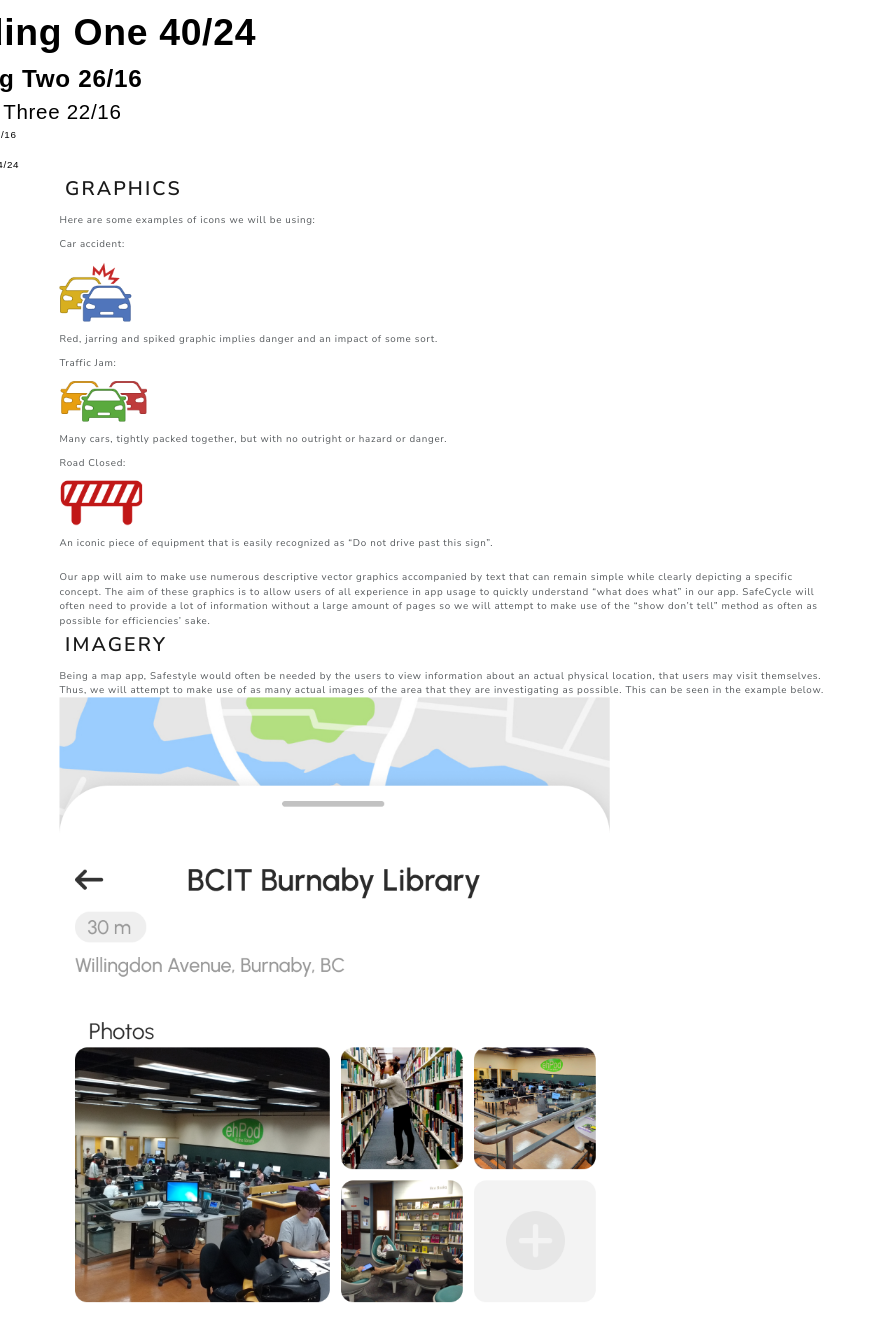
Repository: Aladdin3r/safecycle-styleguide
Page: /
These files come from the project's save history. The page is drawn as it stood at one moment and after the next save; the edit follows.
The browser window is 1280 px wide. The pictures show the part of the page from y = 2716 to 4636 px (the page is 5546 px tall before and 5514 px after), at 70% of full size.
The project was rebuilt for these pictures with package versions that can differ from the ones it lists, and the page was loaded fresh each time. The framework's server and built-in components were replaced by stand-ins that run in the browser. Also part of the build but not shown: next.config.mjs.

Above is the page before, as saved 2024-04-09 22:26:35.

### pages/_app.js
import "@/styles/globals.css";
import "@/styles/bootstrap.min.css";
import { useEffect } from "react";


export default function App({ Component, pageProps }) {

  useEffect(() => {
    require("bootstrap/dist/js/bootstrap.bundle.min.js");
  }, []);
  return <Component {...pageProps} />;
}

### pages/index.js
import Head from "next/head";
import styles from "@/styles/Home.module.css"

export default function Home() {

  return (
    <>
      <Head>
        <title>SafeCycle Styleguide</title>
        <meta name="description"
        content=
        "Created by Rawan Aladdin, Nea Pieroelie, Andrew Turitsa."
       />
        <meta name="viewport" content="width=device-width, initial-scale=1" />
        <link rel="icon" href="/favicon1.svg" />
      </Head>
      <nav class="navbar navbar-expand-lg bg-light sticky-top" data-bs-theme="light">
        <div class="container-fluid">
          <a class="navbar-brand" href="#">SafeCycle</a>
          <button class="navbar-toggler" type="button" data-bs-toggle="collapse" data-bs-target="#navbarColor03" aria-controls="navbarColor03" aria-expanded="false" aria-label="Toggle navigation">
            <span class="navbar-toggler-icon"></span>
          </button>
          <div class="collapse navbar-collapse" id="navbarColor03">
            <ul class="navbar-nav me-auto">
              <li class="nav-item">
                <a class="nav-link active" href="#">Home</a>
              </li>
              <li class="nav-item">
                <a class="nav-link" href="#logo">Logo</a>
              </li>
              <li class="nav-item">
                <a class="nav-link" href="#colours">Colours</a>
              </li>
              <li class="nav-item">
                <a class="nav-link" href="#types">Typography, Imagery, Graphics</a>
              </li>
              <li class="nav-item">
                <a class="nav-link" href="#refs">References</a>
              </li>
            </ul>
          </div>
        </div>
      </nav>
      <main>
      <div class="jumbotron">
        <h1 class="display-3 mt-5 pt-5">SafeCycle</h1>
        <p class="display-4 pb-5">Styleguide</p>
        <hr class="my-5"/>
        <p class="mb-5">Rawan Aladdin, Nea Pieroelie, Andrew Turitsa</p>
        <p class="lead mb-5">
          <a class="btn btn-primary btn-lg my-5" href="#logo" role="button">Start the guide</a>
        </p>
      </div>
      <div id="logo" class="p-4">
        <h2 class="p-2 mt-3">Logo Design</h2>
        <p class="p-3">
          Logo font choice: DIN condensed bold
          colours: #F0983F orange #911C12 red #AD5C0A pale orange
        </p>
        <div class="container">
          <div class="card-group">
              <div class="row">
                <div className="col-sm-4">
                  <div class="bg-primary card text-white mb-3" className={styles.card}>
                    <div class="card-body">
                      <h4 class="card-title">Full-colour logo</h4>
                      <img class="card-img-top" src="/fullcolourlogo.svg" alt="full-colour logo"></img>
                      <p class="card-text">Some quick example text to build on the card title and make up the bulk of the card's content. blah blah blah</p>
                    </div>
                  </div>
                </div>

                <div className="col-sm-4">
                  <div class="bg-primary card text-white mb-3" className={styles.card}>
                  <div class="card-body">
                    <h4 class="card-title">Black and white Logo</h4>
                    <img class="card-img-top" src="/blackandwhitelogo.svg" alt="black and white logo"></img>
                    <p class="card-text">Some quick example text to build on the card title and make up the bulk of the card's content.</p>
                  </div>
                  </div>
                </div>

                <div className="col-sm-4">
                  <div class="bg-primary card text-white mb-3" className={styles.card}>
                  <div class="card-body">
                    <h4 class="card-title">Greyscale Logo</h4>
                    <img class="card-img-top" src="/greyscalelogo.svg" alt="greyscale logo"></img>
                    <p class="card-text">Some quick example text to build on the card title and make up the bulk of the card's content.</p>
                  </div>
                  </div>
                </div>

              </div>

              <div class="row">
                <div className="col-sm-4">
                  <div class="bg-primary card text-white mb-3" className={styles.card}>
                    <div class="card-body">
                      <h4 class="card-title">Monochromatic logo</h4>
                      <img class="card-img-top" src="/monochromatic.svg" alt="Monochromatic logo"></img>
                      <p class="card-text">Some quick example text to build on the card title and make up the bulk of the card's content. blah blah blah</p>
                    </div>
                  </div>
                </div>

                <div className="col-sm-4">
                  <div class="bg-primary card text-white mb-3" className={styles.card}>
                  <div class="card-body">
                    <h4 class="card-title">Horizontal version of full-colour Logo</h4>
                    <img class="card-img-top" src="/horizontalfullcolour.svg" alt="horizontal full colour logo"></img>
                    <p class="card-text">Some quick example text to build on the card title and make up the bulk of the card's content.</p>
                  </div>
                  </div>

              </div>

              <div className="col-sm-4">
                <div class="bg-primary card  text-white mb-3" className={styles.card}>
                <div class="card-body">
                  <h4 class="card-title">Stacked/vertical version of full-colour Logo</h4>
                  <img class="card-img-top" src="/verticalfullcolour.svg" alt="stacked/vertical colour logo"></img>
                  <p class="card-text">Some quick example text to build on the card title and make up the bulk of the card's content.</p>
                </div>
                </div>
              </div>
            </div>
            <div class="row">
                <div className="col-sm-4">
                  <div class="bg-primary card text-white mb-3" className={styles.card}>
                    <div class="card-body z-3">
                      <h4 class="card-title">16x16px Favicon</h4>
                      <img class="card-img-top" src="/favicon1.svg" alt="xs favicon"></img>
                      <p class="card-text">Some quick example text to build on the card title and make up the bulk of the card's content. blah blah blah</p>
                    </div>
                  </div>
                </div>

                <div className="col-sm-4">
                  <div class="bg-primary card  text-white mb-3" className={styles.card}>
                  <div class="card-body">
                    <h4 class="card-title">32x32px Favicon</h4>
                    <img class="card-img-top" src="/favicon2.svg" alt="small favicon"></img>
                    <p class="card-text">Some quick example text to build on the card title and make up the bulk of the card's content.</p>
                  </div>
                  </div>

              </div>

              <div className="col-sm-4">
                <div class="bg-primary card text-white mb-3" className={styles.card}>
                <div class="card-body">
                  <h4 class="card-title">48x48px Favicon</h4>
                  <img class="card-img-top" src="/favicon3.svg" alt="normal favicon"></img>
                  <p class="card-text">Some quick example text to build on the card title and make up the bulk of the card's content.</p>
                </div>
                </div>
              </div>
            </div>
          </div>
        </div>
      </div>
      <div id="colours" class="p-4">
        <h2 class="p-2">Colour Palette, Colour Accessibility</h2>
        <div class="container">

        </div>
      </div>
      <div id="types" class="p-4">
        <h2 class="p-2">Typography, Imagery, Graphics</h2>
        <div class="container">
        <p className={styles.typo_desc} class="p-3">
        The fonts used in SafeCycle will be a blend of Urbanist and Sarabun. They are both sans serif fonts that are not too fancy but also not too rigid and boring. We believe that these fonts have a charming blend of simple, practical functionality and the calming, welcoming feel of a guidance application.  The characters of the Urbanist font are slightly more block-like, so this font will be used primary for heading and standalone words or phrases. Sarabun's characters on the other hand have a more natural curves and shaped, so this more elegant font will be used for body text and paragraphs.
        </p>
        <div className={styles.h1Typo}>Heading One 40/24</div>
        <div className={styles.h2Typo}>Heading Two 26/16</div>
        <div className={styles.h3Typo}>Heading Three 22/16</div>
        <div className={styles.h4Typo}>Heading Four 20/16</div>
        <div className={styles.BodyTypo}>Body 14/24</div>
        <div className={styles.ButtonMetaTypo}>Button + Meta 14/24</div>
        <h2 class="p-2">GRAPHICS</h2>
        <div>Here are some examples of icons we will be using:</div>
        <div className={styles.graphicName}>Car accident:</div>
        <img className={styles.carCrash} src="/carCrash.png" alt="Car Accident"></img>
        <div className={styles.graphicDesc}>Red, jarring and spiked graphic implies danger and an impact of some sort.</div>
        <div className={styles.graphicName}>Traffic Jam:</div>
        <img className={styles.traffic} src="/traffic.png" alt="Traffic"></img>
        <div className={styles.graphicDesc}>Many cars, tightly packed together, but with no outright or hazard or danger.</div>
        <div className={styles.graphicName}>Road Closed:</div>
        <img className={styles.RoadClosed} src="/RoadClosed.png" alt="Raod Closed"></img>
        <div className={styles.graphicDesc}>An iconic piece of equipment that is easily recognized as “Do not drive past this sign”.</div>
        <div className={styles.graphicExpl}>Our app will aim to make use numerous descriptive vector graphics accompanied by text that can remain simple while clearly depicting a specific concept. The aim of these graphics is to allow users of all experience in app usage to quickly understand “what does what” in our app. SafeCycle will often need to provide a lot of information without a large amount of pages so we will attempt to make use of the “show don’t tell” method as often as possible for efficiencies’ sake.</div>
        <h2 class="p-2">IMAGERY</h2>
        <div>Being a map app, Safestyle would often be needed by the users to view information about an actual physical location, that users may visit themselves. Thus, we will attempt to make use of as many actual images of the area that they are investigating as possible. This can be seen in the example below.</div>
        <img class="locationPage" src="/locationPage.png" alt="Location Page"></img>


        </div>
        </div>
      <div id="refs" class="p-4">
        <h2 class="p-2">References</h2>
        <div class="container">

        </div>
      </div>
      </main>
    </>
  );
}

### styles/Home.module.css
.main {
  display: flex;
  flex-direction: column;
  justify-content: space-between;
  align-items: center;
  padding: 6rem;
  min-height: 100vh;
}
.card{
  max-width: 30em;
}

.typo_desc{
  margin-left: -14.5em;

}
.h1Typo {
  font-family: "Urbanist", sans-serif;
  font-style: bold;
  font-size: 40pt;
  font-weight: 900;
  color: black;
  margin-left: -4em;
}
.h2Typo {
  font-family: "Urbanist", sans-serif;
  font-style: bold;
  font-size: 26pt;
  font-weight: 600;
  color: black;
  margin-left: -6em;
}
.h3Typo {
  font-family: "Urbanist", sans-serif;
  font-style: bold;
  font-size: 22pt;
  font-weight: 500;
  color: black;
  margin-left: -7em;
}
.h4Typo {
  font-family: "Urbanist", sans-serif;
  font-style: bold;
  font-size: 20;
  font-weight: 500;
  color: black;
  margin-left: -14.5em;
}

.BodyTypo {
  font-family: "Sarabun", sans-serif;
  font-weight:500;
  font-style: normal;
  color: black;
  font-size: 18;
  margin-left: -14.5em;
}
.ButtonMetaTypo {
  font-family: "Sarabun", sans-serif;
  font-weight:500;
  font-style: normal;
  color: black;
  font-size: 18;
  margin-left: -14.5em;
}

.carCrash{
  margin-top: 1em;
}

.graphicDesc{
  margin-top: 1em;
}

.graphicName{
  margin-top: 1em;
}

.graphicExpl{
  margin-top: 2em;
}

.traffic{
  margin-top: 1em;
}

.RoadClosed{
  margin-top: 1em;
}

Loaded but not shown: pages/_document.js (common file); styles/globals.css (common file); styles/bootstrap.min.css (library)

After the next save:
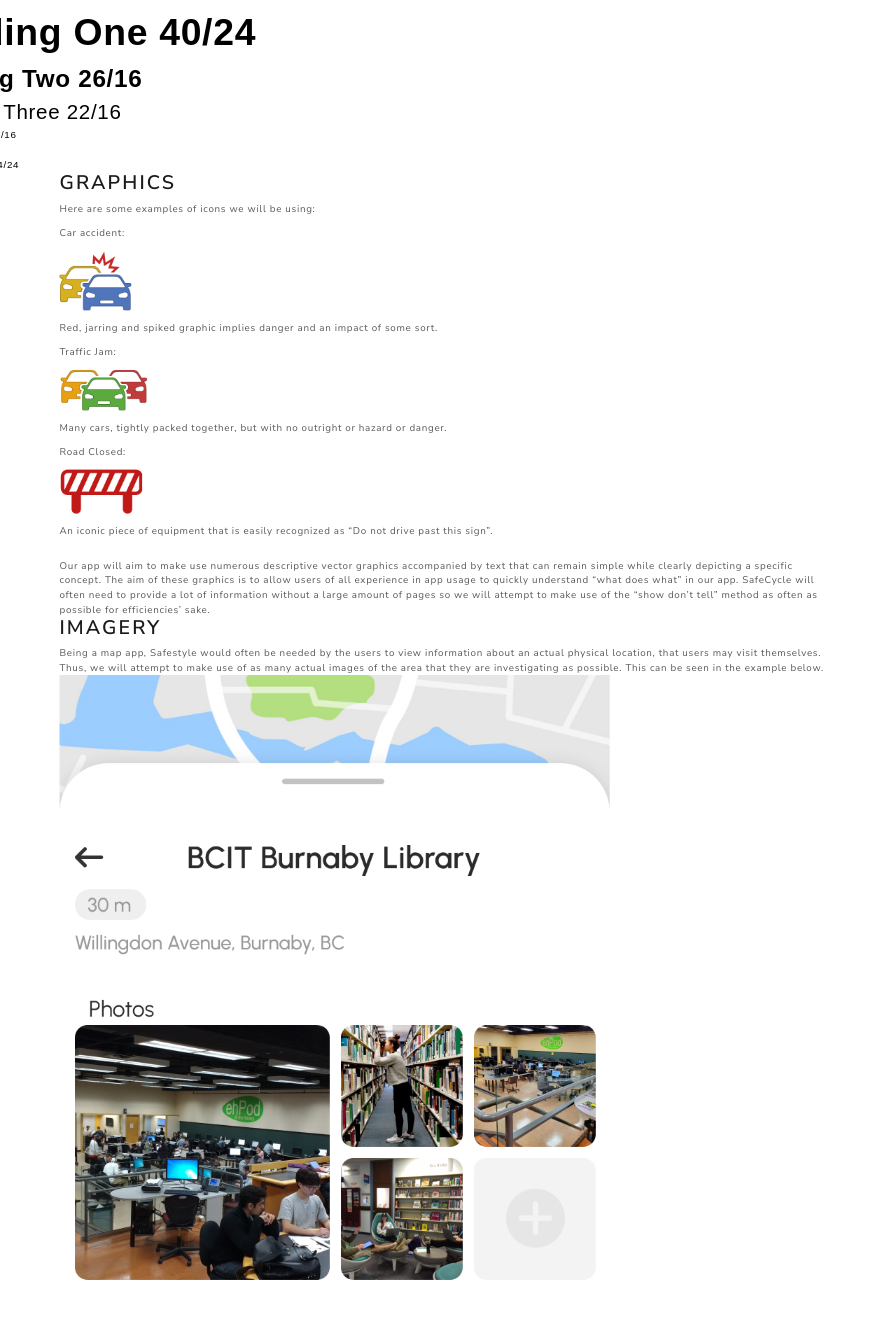
Saved 20 s later.
--- a/pages/index.js
+++ b/pages/index.js
@@ -177,7 +177,7 @@
         <div className={styles.h4Typo}>Heading Four 20/16</div>
         <div className={styles.BodyTypo}>Body 14/24</div>
         <div className={styles.ButtonMetaTypo}>Button + Meta 14/24</div>
-        <h2 class="p-2">GRAPHICS</h2>
+        <h2>GRAPHICS</h2>
         <div>Here are some examples of icons we will be using:</div>
         <div className={styles.graphicName}>Car accident:</div>
         <img className={styles.carCrash} src="/carCrash.png" alt="Car Accident"></img>
@@ -189,7 +189,7 @@
         <img className={styles.RoadClosed} src="/RoadClosed.png" alt="Raod Closed"></img>
         <div className={styles.graphicDesc}>An iconic piece of equipment that is easily recognized as “Do not drive past this sign”.</div>
         <div className={styles.graphicExpl}>Our app will aim to make use numerous descriptive vector graphics accompanied by text that can remain simple while clearly depicting a specific concept. The aim of these graphics is to allow users of all experience in app usage to quickly understand “what does what” in our app. SafeCycle will often need to provide a lot of information without a large amount of pages so we will attempt to make use of the “show don’t tell” method as often as possible for efficiencies’ sake.</div>
-        <h2 class="p-2">IMAGERY</h2>
+        <h2>IMAGERY</h2>
         <div>Being a map app, Safestyle would often be needed by the users to view information about an actual physical location, that users may visit themselves. Thus, we will attempt to make use of as many actual images of the area that they are investigating as possible. This can be seen in the example below.</div>
         <img class="locationPage" src="/locationPage.png" alt="Location Page"></img>
 
